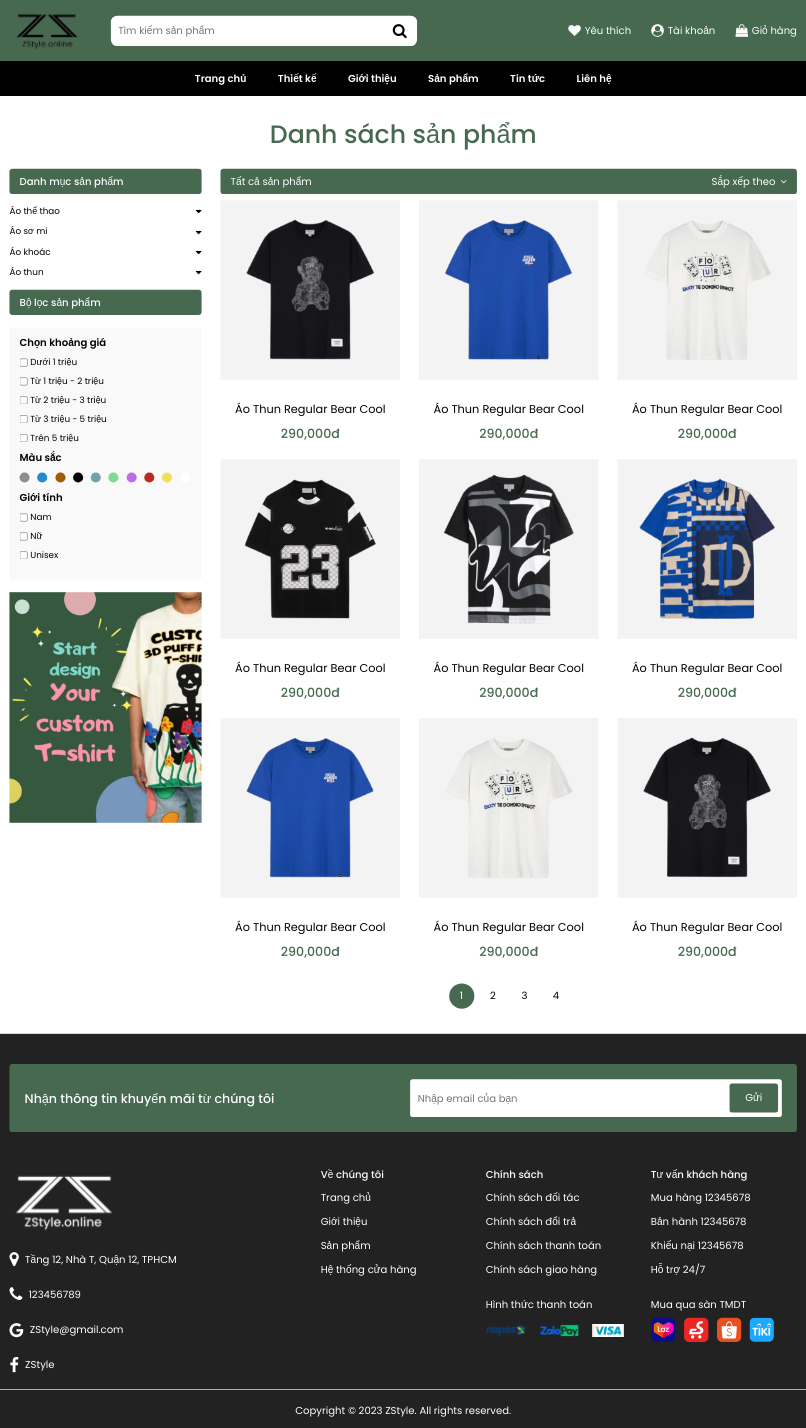
Repository: Toan3333/duanmau
Page: assets/pages/sanpham.html
An editor plug-in stored every save of this project. The page is shown before and after the next save, followed by the edit.
The browser window is 1280 px wide. The pictures show the whole page, at 63% of full size.
Some web libraries are served in a nearby version.

Above is the page before, as saved 2023-11-14 12:10:20.
Console error: SyntaxError: Identifier 'toggle' has already been declared

After the next save:
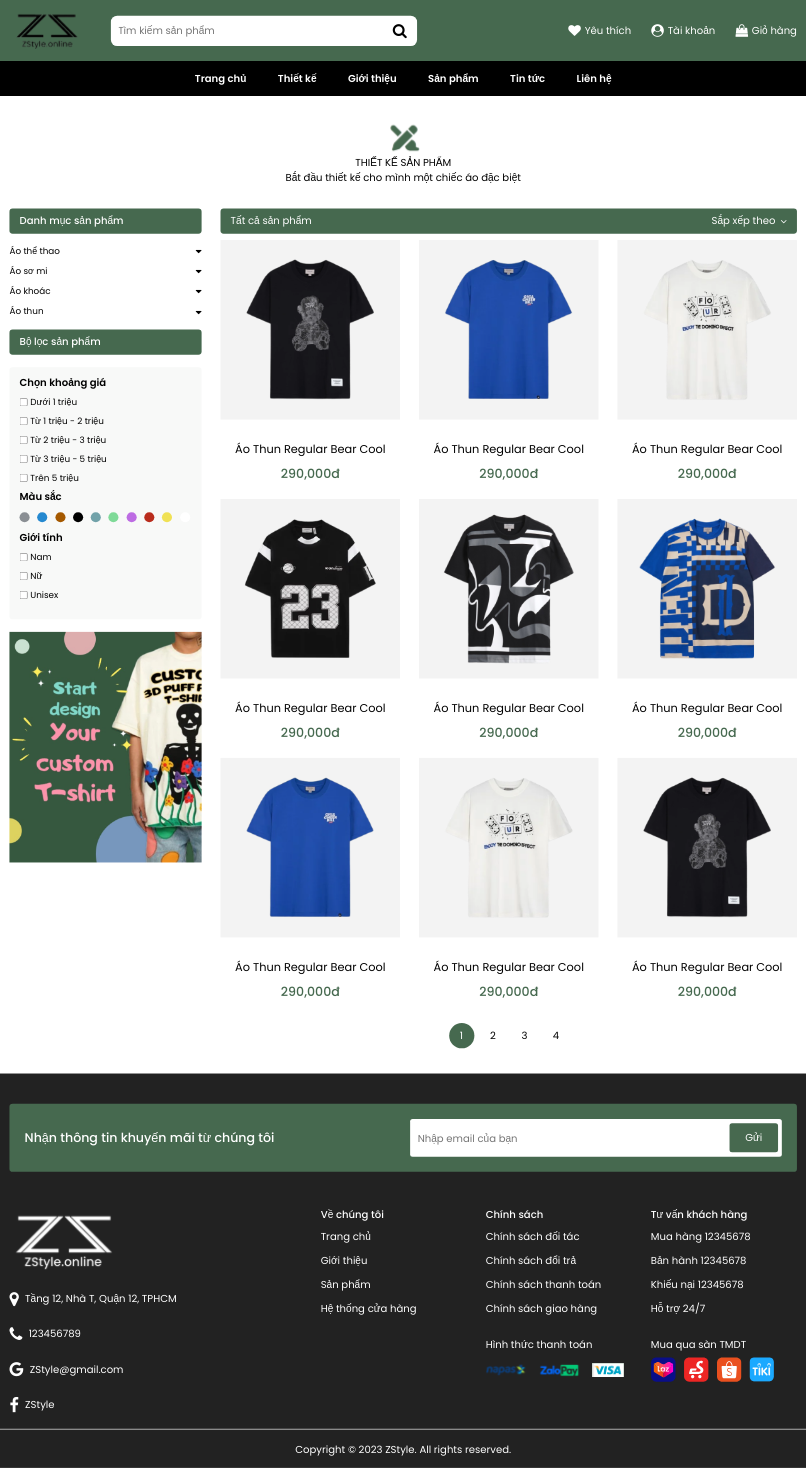
Saved 3 min 22 s later.
--- a/assets/pages/sanpham.html
+++ b/assets/pages/sanpham.html
@@ -201,7 +201,12 @@
       </div> -->
       <section class="list-product">
         <div class="container">
-          <div class="heading-primary">Danh sách sản phẩm</div>
+          <div class="design-center">
+            <img src="../images/design-icon.svg" alt="" />
+            <h2>THIẾT KẾ SẢN PHẨM</h2>
+            <p>Bắt đầu thiết kế cho mình một chiếc áo đặc biệt</p>
+          </div>
+          <!-- <div class="heading-primary">Danh sách sản phẩm</div> -->
           <div class="list-product__main">
             <div class="list-product__left">
               <div class="list-product__left-aside">Danh mục sản phẩm</div>
